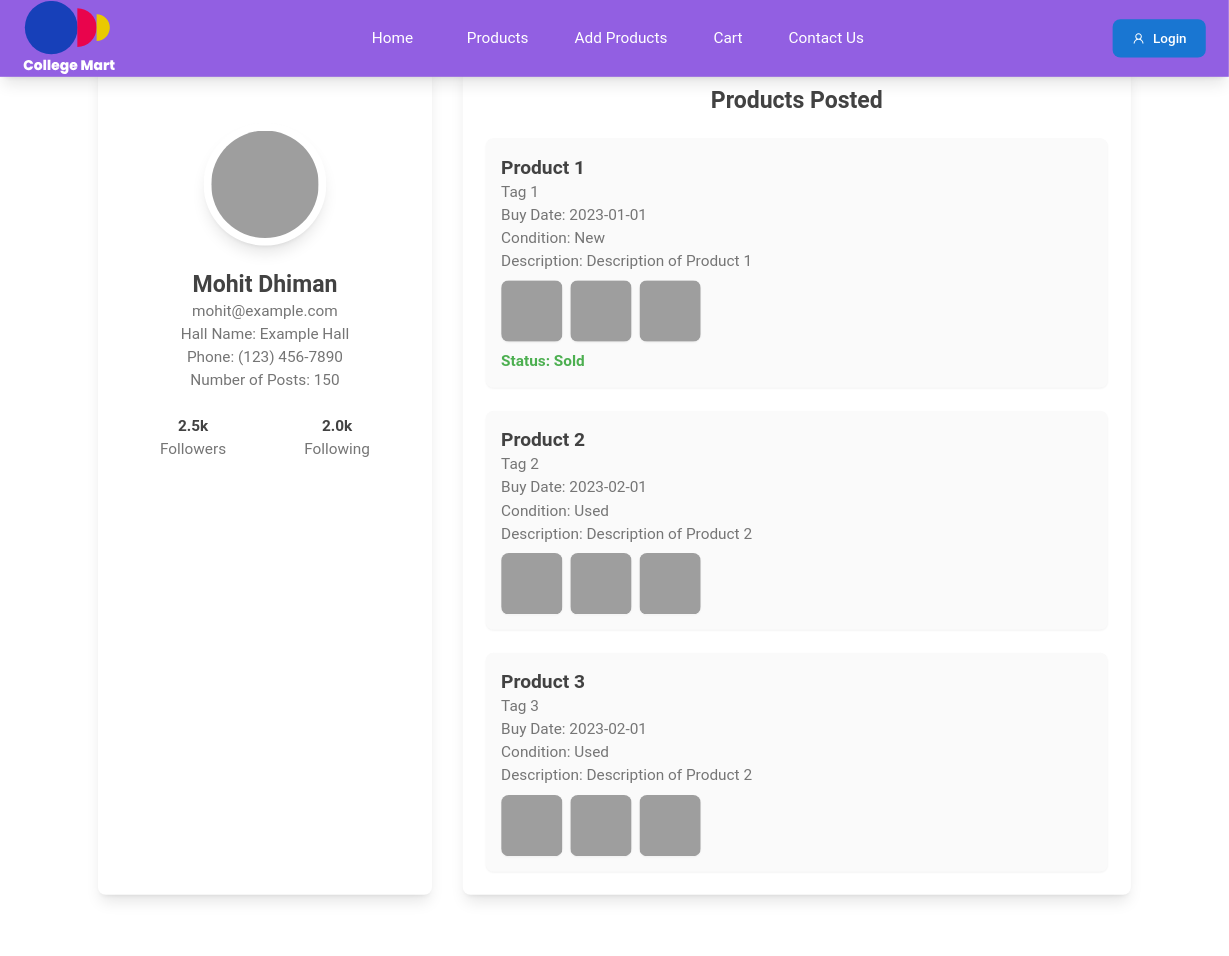
Repository: kumar1397/College-Mart
Page: /home/profile
These files come from the project's save history. The page is drawn as it stood at one moment and after the next save; the edit follows.
The browser window is 1280 px wide. The pictures show the whole page, at 96% of full size.
Pictures or frames that could not be fetched are drawn as grey boxes. An inner scrolling area shows only its first screen. Some web fonts or font styles are not loaded; a fallback is used. Some web libraries are served in a nearby version. The project was rebuilt for these pictures with package versions that can differ from the ones it lists, and the page was loaded fresh each time. Also part of the build but not shown: src/components/forgetPassword/forgetpassword.jsx, src/components/Auth.js, src/components/hero/Heronavbar.jsx, src/components/hero/footer.jsx, src/components/hero/Carousel.jsx, src/components/hero/Hero.jsx, src/components/new-home-page/header.jsx, src/components/new-home-page/footer_cont.jsx and 12 more.

Above is the page before, as saved 2024-07-15 15:36:09.

### public/index.html
<!DOCTYPE html>
<html lang="en">
  <head>
    <meta charset="utf-8" />
    <!-- <link rel="icon" href="%PUBLIC_URL%/favicon.ico" /> -->
    <meta name="viewport" content="width=device-width, initial-scale=1" />
    <meta name="theme-color" content="#000000" />

    <meta
      name="description"
      content="Web site created using create-react-app"
    />
    <link rel="preconnect" href="https://fonts.googleapis.com" />
    <link rel="preconnect" href="https://fonts.gstatic.com" crossorigin />
    <link
      href="https://fonts.googleapis.com/css2?family=Playwrite+GB+S:ital,wght@0,100..400;1,100..400&display=swap"
      rel="stylesheet"
    />
    <link rel="preconnect" href="https://fonts.googleapis.com" />
    <link rel="preconnect" href="https://fonts.gstatic.com" crossorigin />
    <link
      href="https://fonts.googleapis.com/css2?family=Archivo:ital,wght@0,100..900;1,100..900&family=Exo+2:ital,wght@0,600;1,600&display=swap"
      rel="stylesheet"
    />
    <link rel="preconnect" href="https://fonts.googleapis.com" />
    <link rel="preconnect" href="https://fonts.gstatic.com" crossorigin />
    <link
      href="https://fonts.googleapis.com/css2?family=Archivo:ital,wght@0,100..900;1,100..900&family=Exo+2:ital,wght@0,600;1,600&family=Montserrat+Alternates:ital,wght@0,100;0,200;0,300;0,400;0,500;0,600;0,700;0,800;0,900;1,100;1,200;1,300;1,400;1,500;1,600;1,700;1,800;1,900&display=swap"
      rel="stylesheet"
    />
    <link
      rel="stylesheet"
      type="text/css"
      charset="UTF-8"
      href="https://cdnjs.cloudflare.com/ajax/libs/slick-carousel/1.6.0/slick.min.css"
    />
    <link
      rel="stylesheet"
      type="text/css"
      href="https://cdnjs.cloudflare.com/ajax/libs/slick-carousel/1.6.0/slick-theme.min.css"
    />
    <!-- <link rel="apple-touch-icon" href="%PUBLIC_URL%/logo192.png" /> -->
    <!-- <link rel="manifest" href="%PUBLIC_URL%/manifest.json" /> -->
    <title>College Mart</title>
  </head>

  <body>
    <noscript>You need to enable JavaScript to run this app.</noscript>
    <div id="root"></div>
  </body>
</html>

### src/index.js
import React from 'react';
import ReactDOM from 'react-dom/client';
import './index.css';
import App from './App';
import reportWebVitals from './reportWebVitals';
// import { BrowserRouter } from 'react-router-dom';

import { ThemeProvider } from "@material-tailwind/react";

const root = ReactDOM.createRoot(document.getElementById('root'));
root.render(

    <React.StrictMode>
      <ThemeProvider>
      <App />
      </ThemeProvider>
    </React.StrictMode>

);

// If you want to start measuring performance in your app, pass a function
// to log results (for example: reportWebVitals(console.log))
// or send to an analytics endpoint. Learn more: https://bit.ly/CRA-vitals
reportWebVitals();

### src/index.css
@tailwind base;
@tailwind components;
@tailwind utilities;


.bgblackAuth {
  background: url('/public/Frame2.svg');
}

.bgcolorAuth {
  background: url('/public/colorbg.svg ')
}

.hnavbg {
  background: url('/public/hnavbg.svg');
  background-size: 100%;
}

.herohomebg {
  background: url('/public/homebg.svg') no-repeat;
  background-size: 100%;
}

@import url('https://fonts.googleapis.com/css2?family=Roboto:wght@400;500;700&display=swap');


.playwrite {
  font-family: "Playwrite GB S", cursive;
  font-optical-sizing: auto;
  font-weight: 400;
  font-style: normal;
}

.exo {
  font-family: "Exo 2", sans-serif;
  font-optical-sizing: auto;
  font-weight: 600;
  font-style: normal;
}

.mont {
  font-family: "Montserrat Alternates", sans-serif;
  font-weight: 300;
  font-style: normal;
}

### src/App.js
import Auth from "./components/Auth";
import Hero from "./components/hero/Hero";
import Home02 from "./components/new-home-page/parent";
import { AuthProvider } from "./contexts/AuthContext";
import ContactUs from "./components/contact-us/contact";
import { Route, Routes, BrowserRouter as Router } from "react-router-dom";
import ProductFormCard from "./components/product/newProduct";
import Profile from "./components/profile/profile";
import ResetPassword from "./components/forgetPassword/resetpassword";
import ForgotPassword from "./components/forgetPassword/forgetpassword";

function App() {
  return (
    <div>
      <Router>
        <AuthProvider>
          <Routes>
            <Route exact path="/" element={<Hero />} />
            <Route path="/auth" element={<Auth />} />
            <Route path="/home" element={<Home02 />} />
            <Route path="/home/profile" element={<Profile />} />
            <Route path="/home/form" element={<ProductFormCard />} />
            <Route path="/contactus" element={<ContactUs />} />
            <Route path="/forgot_password" element={<ForgotPassword/>} />
            <Route path="/reset/:token" element={< ResetPassword/>} />
          </Routes>
        </AuthProvider>
      </Router>
    </div>
  );
}

export default App;

### src/contexts/AuthContext.js
import React, { createContext, useState, useEffect } from "react";
import { useNavigate } from "react-router-dom";

const AuthContext = createContext();

export const AuthProvider = ({ children }) => {
  const [user, setUser] = useState(null);
  const navigate = useNavigate();

  useEffect(() => {
    const token = localStorage.getItem("token");
    const storedUser = JSON.parse(localStorage.getItem("user"));

    if (token && storedUser) {
      setUser(storedUser);
    } else {
      // navigate("");
    }
  }, [navigate]);

  const login = (userData, token) => {
    localStorage.setItem("token", token);
    localStorage.setItem("user", JSON.stringify(userData));
    setUser(userData);
    navigate("/home");
  };

  const logout = () => {
    localStorage.removeItem("token");
    localStorage.removeItem("user");
    setUser(null);
    navigate("/auth");
  };

  return (
    <AuthContext.Provider value={{ user, login, logout }}>
      {children}
    </AuthContext.Provider>
  );
};

export default AuthContext;

### src/components/profile/profile.jsx
import React from "react";
import ProductComponent  from "./UserProfile";
import { FontAwesomeIcon } from '@fortawesome/react-fontawesome';
import { faPhone, faEnvelope } from '@fortawesome/free-solid-svg-icons';
import Navbar from "../new-home-page/navbar";
const products = [
    {
        id: 1,
        name: "Product 1",
        tag: "Tag 1",
        buyDate: "2023-01-01",
        condition: "New",
        description: "Description of Product 1",
        images: ["/logo192.png", "/shoes01.webp","/ycle.webp"]
    },
    {
        id: 2,
        name: "Product 2",
        tag: "Tag 2",
        buyDate: "2023-02-01",
        condition: "Used",
        description: "Description of Product 2",
        images: ["/logo192.png", "/shoes01.webp","/ycle.webp"]
    },
    {
        id: 3,
        name: "Product 3",
        tag: "Tag 3",
        buyDate: "2023-02-01",
        condition: "Used",
        description: "Description of Product 2",
        images: ["/logo192.png", "/shoes01.webp","/ycle.webp"]
    }

];
export default function Profile() {
    return (
        <>
            <Navbar />
            <div className="bg-black-100 h-full min-h-screen flex flex-col items-center">
                <div className="container mx-auto my-16 px-8 lg:flex lg:space-x-8">
                    <div className="lg:w-1/3 bg-white rounded-lg shadow-lg overflow-hidden">
                        <div className="h-32 bg-black-200"></div>
                        <div className="flex justify-center -mt-16">
                            <img className="h-32 w-32 bg-white p-2 rounded-full shadow-lg" src="https://images.unsplash.com/photo-1535713875002-d1d0cf377fde?ixid=MnwxMjA3fDB8MHxwaG90by1wYWdlfHx8fGVufDB8fHx8&ixlib=rb-1.2.1&auto=format&fit=crop&w=2000&q=80" alt="Profile" />
                        </div>
                        <div className="p-6 text-center">
                            <h2 className="text-2xl font-semibold text-gray-800">Mohit Dhiman</h2>
                            <p className="text-gray-600">mohit@example.com</p>
                            <p className="text-gray-600">Hall Name: Example Hall</p>
                            <p className="text-gray-600">Phone: (123) 456-7890</p>
                            <p className="text-gray-600">Number of Posts: 150</p>
                            <div className="mt-6 flex justify-around">
                                <div className="text-center">
                                    <p className="font-semibold text-gray-800">2.5k</p>
                                    <p className="text-gray-600">Followers</p>
                                </div>
                                <div className="text-center">
                                    <p className="font-semibold text-gray-800">2.0k</p>
                                    <p className="text-gray-600">Following</p>
                                </div>
                            </div>
                        </div>
                    </div>

                    <div className="lg:w-2/3 mt-8 lg:mt-0 bg-white rounded-lg shadow-lg overflow-hidden">
                        <div className="p-6">
                            <h2 className="text-2xl font-semibold text-gray-800 text-center">Products Posted</h2>
                            <div className="mt-6 space-y-6">
                                {products.map((product, index) => (
                                    <div key={product.id} className="p-4 bg-gray-50 rounded-lg shadow-sm">
                                        <h3 className="text-xl font-bold text-gray-800">{product.name}</h3>
                                        <p className="text-gray-600">{product.tag}</p>
                                        <p className="text-gray-600">Buy Date: {product.buyDate}</p>
                                        <p className="text-gray-600">Condition: {product.condition}</p>
                                        <p className="text-gray-600">Description: {product.description}</p>
                                        <div className="mt-2 flex space-x-2">
                                            {product.images.map((image, imgIndex) => (
                                                <img key={imgIndex} src={image} alt={`Product ${product.id}`} className="w-16 h-16 rounded-lg shadow-sm" />
                                            ))}
                                        </div>
                                        {index === 0 && <p className="mt-2 text-green-500 font-semibold">Status: Sold</p>}
                                    </div>
                                ))}
                            </div>
                        </div>
                    </div>
                </div>
            </div>
        </>


    )
}

### src/components/new-home-page/navbar.jsx
import React, { useState, useContext } from "react";
import { Link } from "react-router-dom";
import {
  AiOutlineClose,
  AiOutlineMenu,
  AiOutlineUser,
  AiOutlineLogout,
} from "react-icons/ai";
import AuthContext from "../../contexts/AuthContext";
import Logo from "./logo.svg"
const Navbar = () => {
  const { user, logout } = useContext(AuthContext);
  const [nav, setNav] = useState(false);
  const [isDropdownOpen, setIsDropdownOpen] = useState(false);

  const navItems = [
    { id: 1, text: "Home", path: "/" },
    { id: 2, text: "Products", path: "/products" },
    { id: 3, text: "Add Products", path: "/add-products" },
    { id: 4, text: "Cart", path: "/cart" },
    { id: 4, text: "Contact Us", path: "/contactus" },
  ];

  const handleNav = () => setNav(!nav);
  const toggleDropdown = () => setIsDropdownOpen(!isDropdownOpen);

  return (
    <div className="bg-[#925FE2] shadow-lg flex justify-between z-20 items-center h-20 w-full px-6 text-white fixed">
      <div className="flex items-center space-x-2">
        <div className=" w-24 max-w-24"><img src={Logo} alt="" /></div>
      </div>

      <ul className="hidden md:flex space-x-4">
        {navItems.map((item) => (
          <li
            key={item.id}
            className="p-4 hover:bg-white rounded-xl m-2 cursor-pointer duration-300 hover:text-black"
          >
            <Link to={item.path}>{item.text}</Link>
          </li>
        ))}
      </ul>

      <div className="block md:hidden" onClick={handleNav}>
        {nav ? <AiOutlineClose size={20} /> : <AiOutlineMenu size={20} />}
      </div>

      <ul
        className={`fixed top-0 left-0 w-[60%] h-full border-r border-r-gray-900 bg-[#000300] ease-in-out duration-500 ${
          nav ? "left-0" : "left-[-100%]"
        } md:hidden`}
      >
        <h1 className="w-full text-3xl font-bold text-[#00df9a] m-4">REACT.</h1>
        {navItems.map((item) => (
          <li
            key={item.id}
            className="p-4 border-b rounded-xl hover:bg-[#00df9a] duration-300 hover:text-black cursor-pointer border-gray-600"
          >
            <Link to={item.path}>{item.text}</Link>
          </li>
        ))}
      </ul>

      <div className="relative flex items-center space-x-4">
        {user ? (
          <>
            <button
              id="dropdownDefaultButton"
              onClick={toggleDropdown}
              className="flex items-center text-white bg-blue-700 hover:bg-blue-800 focus:ring-4 focus:outline-none focus:ring-blue-300 font-medium rounded-lg text-sm px-5 py-2.5 dark:bg-blue-600 dark:hover:bg-blue-700 dark:focus:ring-blue-800"
              type="button"
            >
              <AiOutlineUser className="w-6 h-6 mr-2" />
              <span>{user.name}</span>
              <svg
                className="w-2.5 h-2.5 ml-2"
                aria-hidden="true"
                xmlns="http://www.w3.org/2000/svg"
                fill="none"
                viewBox="0 0 10 6"
              >
                <path
                  stroke="currentColor"
                  strokeLinecap="round"
                  strokeLinejoin="round"
                  strokeWidth="2"
                  d="m1 1 4 4 4-4"
                />
              </svg>
            </button>
            {isDropdownOpen && (
              <div
                id="dropdown"
                className="absolute top-full mt-2 z-10 bg-white divide-y divide-gray-100 w-44 rounded-lg shadow dark:bg-gray-700"
              >
                <ul className="py-2 text-sm text-gray-700 dark:text-gray-200">
                  <li>
                    <Link
                      to="/home/profile"
                      className=" px-4 py-2 hover:bg-gray-100 dark:hover:bg-gray-600 dark:hover:text-white w-full text-left flex items-center"
                    >
                      <AiOutlineUser className="mr-2" />
                      Profile
                    </Link>
                  </li>
                  <li>
                    <button
                      className=" px-4 py-2 hover:bg-gray-100 dark:hover:bg-gray-600 dark:hover:text-white w-full text-left flex items-center"
                      onClick={logout}
                    >
                      <AiOutlineLogout className="mr-2" />
                      Logout
                    </button>
                  </li>
                </ul>
              </div>
            )}
          </>
        ) : (
          <Link
            to="/login"
            className="flex items-center px-5 py-2.5 bg-blue-700 hover:bg-blue-800 focus:ring-4 focus:outline-none focus:ring-blue-300 text-sm font-medium rounded-lg dark:bg-blue-600 dark:hover:bg-blue-700 dark:focus:ring-blue-800"
          >
            <AiOutlineUser className="mr-2" />
            Login
          </Link>
        )}
      </div>
    </div>
  );
};

export default Navbar;

### tailwind.config.js
/** @type {import('tailwindcss').Config} */

// const withMT = require("@material-tailwind/react/utils/withMT");

// const config={
//   content: [
//     "./src/**/*.{js,jsx,ts,tsx}",
//   ],
//   theme: {
//     extend: {},
//   },
//   plugins: [],
// }

// module.exports = withMT(config);

const withMT = require("@material-tailwind/react/utils/withMT");

module.exports = withMT({
  content: ["./src/**/*.{js,jsx,ts,tsx}"],
  theme: {
    extend: {
      keyframes: {
        gradient: {
          '0%': { backgroundPosition: '0% 50%' },
          '50%': { backgroundPosition: '100% 50%' },
          '100%': { backgroundPosition: '0% 50%' },
        },
      },
      animation: {
        'gradient-bg': 'gradient 15s ease infinite',
      },
      backgroundImage: {
        'gradient-radial': 'radial-gradient(circle, var(--tw-gradient-stops))',
        'gradient-linear': 'linear-gradient(270deg, #ff9a9e, #fad0c4, #fad0c4, #ff9a9e)',
      },
    },
  },
  plugins: [],
});

Loaded but not shown: src/reportWebVitals.js (common file)

After the next save:
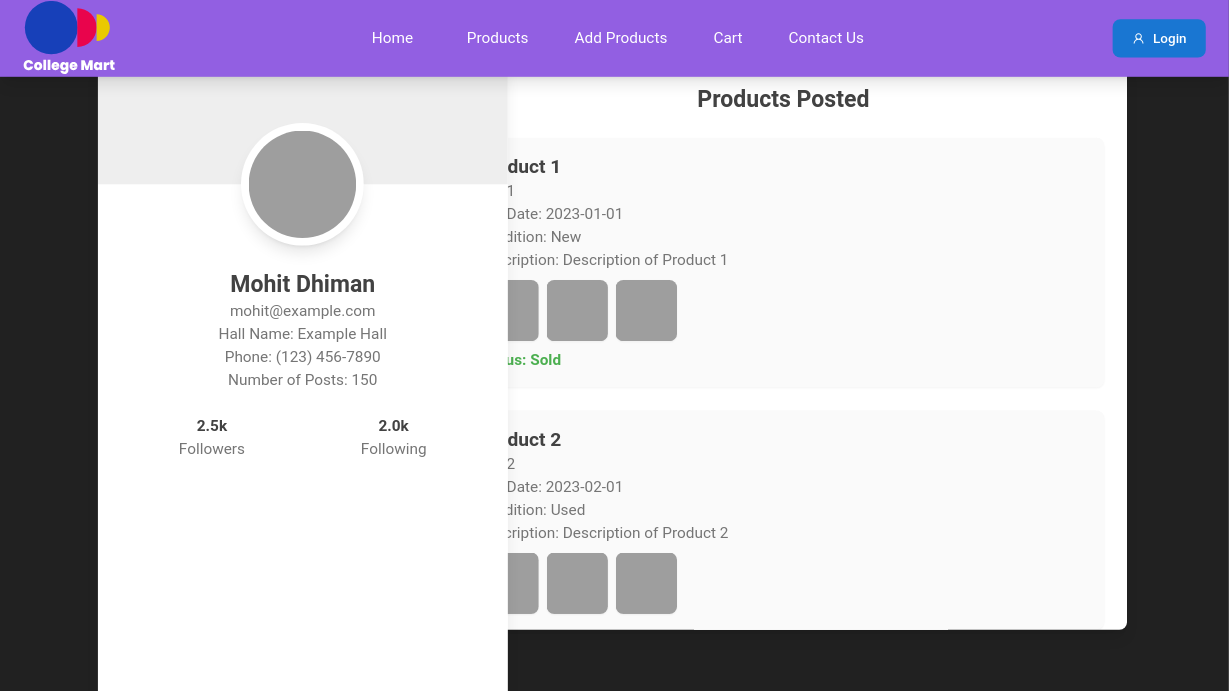
Saved 4 min 1 s later.
--- a/src/components/profile/profile.jsx
+++ b/src/components/profile/profile.jsx
@@ -37,10 +37,10 @@ export default function Profile() {
     return (
         <>
             <Navbar />
-            <div className="bg-black-100 h-full min-h-screen flex flex-col items-center">
-                <div className="container mx-auto my-16 px-8 lg:flex lg:space-x-8">
-                    <div className="lg:w-1/3 bg-white rounded-lg shadow-lg overflow-hidden">
-                        <div className="h-32 bg-black-200"></div>
+            <div className="bg-gray-900 h-screen flex">
+                <div className="container mx-auto my-16 px-8 flex">
+                    <div className="lg:w-1/3 bg-white rounded-lg shadow-lg overflow-hidden fixed h-full">
+                        <div className="h-32 bg-gray-200"></div>
                         <div className="flex justify-center -mt-16">
                             <img className="h-32 w-32 bg-white p-2 rounded-full shadow-lg" src="https://images.unsplash.com/photo-1535713875002-d1d0cf377fde?ixid=MnwxMjA3fDB8MHxwaG90by1wYWdlfHx8fGVufDB8fHx8&ixlib=rb-1.2.1&auto=format&fit=crop&w=2000&q=80" alt="Profile" />
                         </div>
@@ -63,7 +63,7 @@ export default function Profile() {
                         </div>
                     </div>
 
-                    <div className="lg:w-2/3 mt-8 lg:mt-0 bg-white rounded-lg shadow-lg overflow-hidden">
+                    <div className="lg:w-2/3 lg:ml-[33%] mt-8 lg:mt-0 bg-white rounded-lg shadow-lg overflow-y-auto h-full">
                         <div className="p-6">
                             <h2 className="text-2xl font-semibold text-gray-800 text-center">Products Posted</h2>
                             <div className="mt-6 space-y-6">
